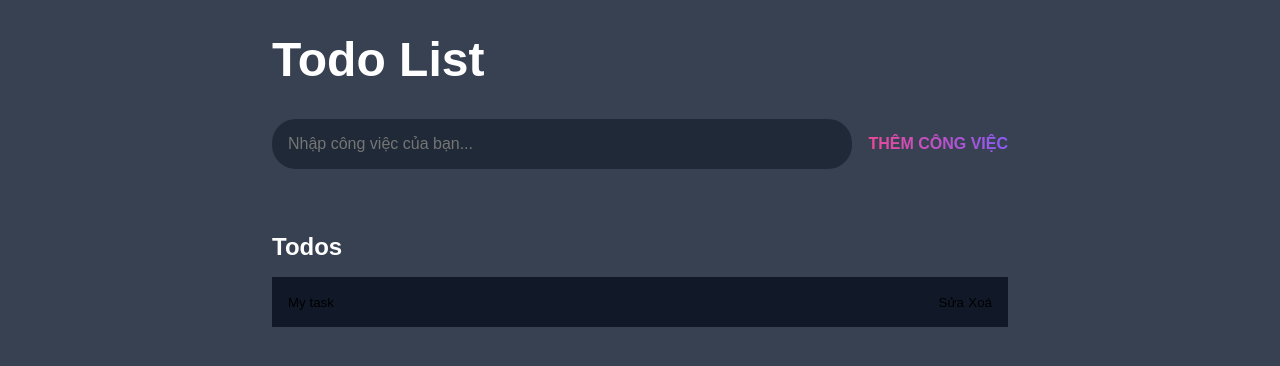
Repository: ntheanh/Todo-List
Page: index.html
These files come from the project's save history. The page is drawn as it stood at one moment and after the next save; the edit follows.
The browser window is 1280 px wide. The pictures show the whole page.
The style sheet was rebuilt from its Sass, Less or Tailwind sources for each picture, by a compiler version that may differ from the author's.

Above is the page before, as saved 2023-03-15 22:57:02.

After the next save:
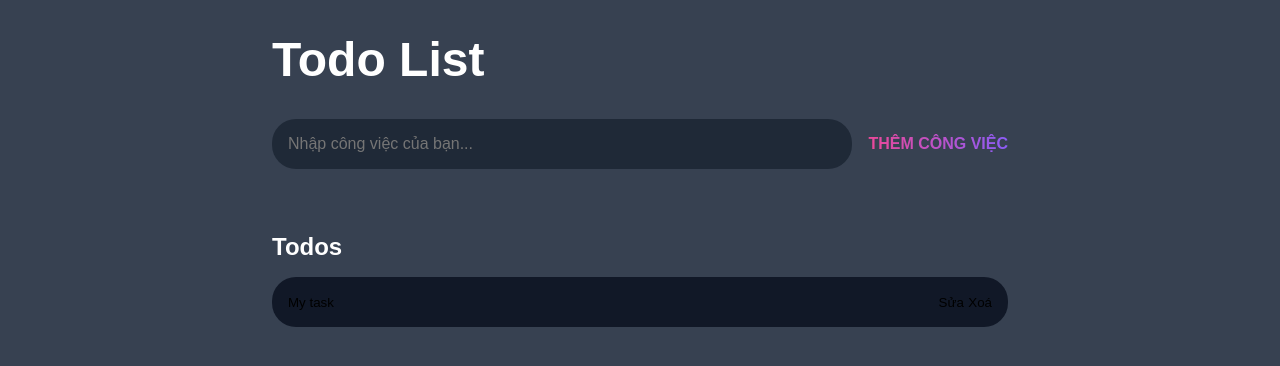
Saved 9 s later.
--- a/style.scss
+++ b/style.scss
@@ -89,6 +89,7 @@ main {
       justify-content: space-between;
       background: var(--darkest);
       padding: 1rem;
+      border-radius: 1.5rem;
     }
   }
 }
